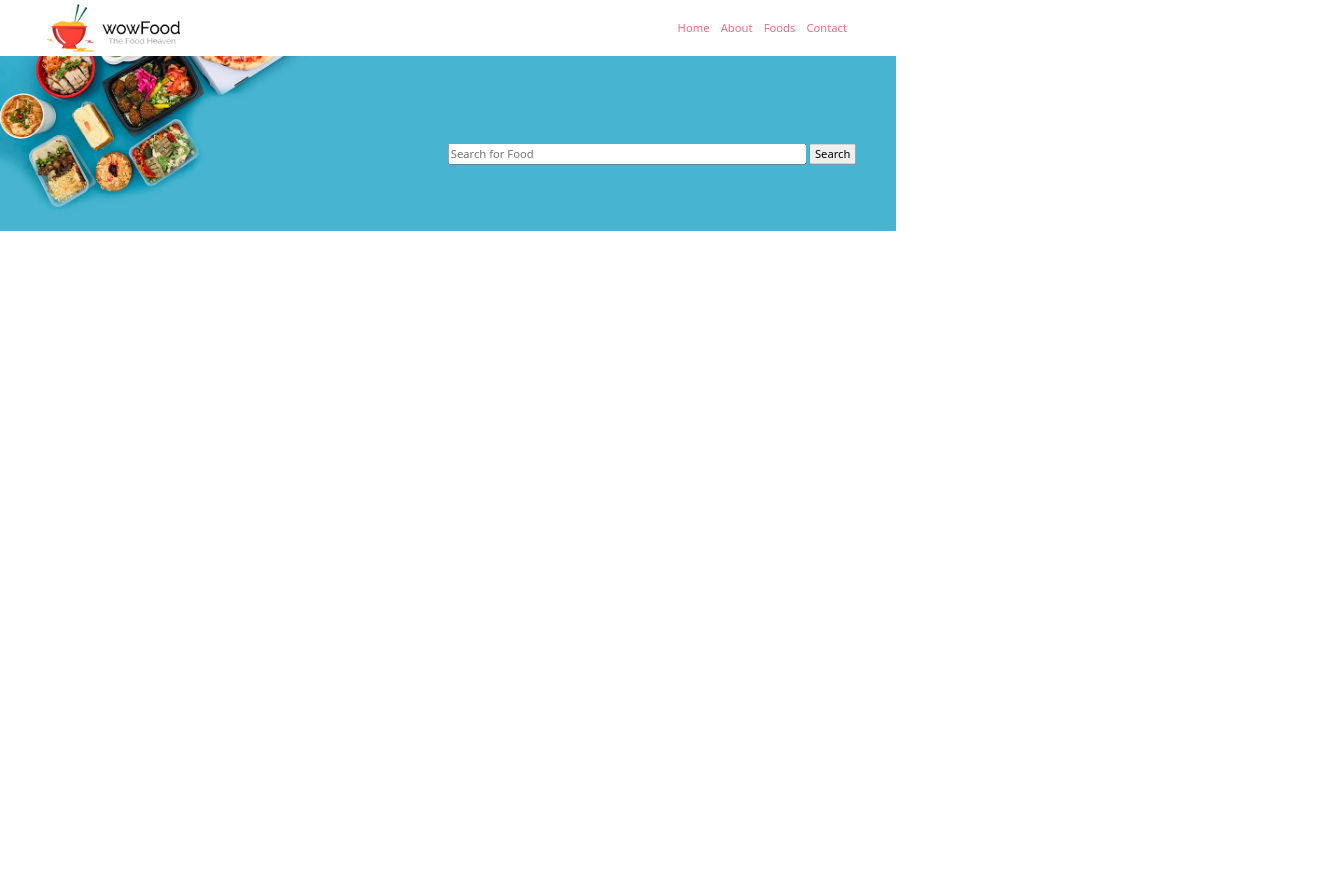
Repository: ruaruababa/RestaurantBS5
Page: html/index.html
An editor plug-in stored every save of this project. The page is shown before and after the next save, followed by the edit.
The browser window is 1280 px wide. The page is 1920 px wide, then 1280 px, so the pictures cover 1920 px, including what lies to the right of the window. The pictures show the part of the page from y = 0 to 1280 px (the page is 3000 px tall), at 70% of full size.

Above is the page before, as saved 2021-09-25 16:57:18.

### html/index.html
<!DOCTYPE html>
<html lang="en">

<head>
    <meta charset="UTF-8" />
    <meta http-equiv="X-UA-Compatible" content="IE=edge" />
    <meta name="viewport" content="width=device-width, initial-scale=1.0" />
    <title>Document</title>
    <link href="https://cdn.jsdelivr.net/npm/bootstrap@5.1.1/dist/css/bootstrap.min.css" rel="stylesheet"
        integrity="sha384-F3w7mX95PdgyTmZZMECAngseQB83DfGTowi0iMjiWaeVhAn4FJkqJByhZMI3AhiU" crossorigin="anonymous" />
    <link rel="stylesheet" href="https://cdn.jsdelivr.net/npm/bootstrap-icons@1.5.0/font/bootstrap-icons.css" />
    <link rel="stylesheet" href="/css/style.css">
</head>

<body>
        <nav class="navbar navbar-expand-lg navbar-light bg-light nav-fixed">
            <div class="container-fluid ">
                <a class="navbar-brand" href="#">
                    <img src="/img/logo.png" alt="">
                </a>
                <button class="navbar-toggler" type="button" data-bs-toggle="collapse"
                    data-bs-target="#navbarSupportedContent" aria-controls="navbarSupportedContent"
                    aria-expanded="false" aria-label="Toggle navigation">
                    <span class="navbar-toggler-icon"></span>
                </button>
                <div class="collapse navbar-collapse" id="navbarSupportedContent">
                    <ul class="navbar-nav ">
                        <li class="nav-item">
                            <a class="nav-link active nav-link-fixed" aria-current="page" href="#">Home</a>
                        </li>
                        <li class="nav-item">
                            <a class="nav-link active nav-link-fixed" aria-current="page" href="#">About</a>
                        </li>
                        <li class="nav-item">
                            <a class="nav-link active nav-link-fixed" aria-current="page" href="#">Foods</a>
                        </li>
                        <li class="nav-item">
                            <a class="nav-link active nav-link-fixed" aria-current="page" href="#">Contact</a>
                        </li>
                    </ul>
                </div>
            </div>
        </nav>

        <!-- End navbar -->

        <section>
            <div class="container-section" style=" position: relative; top: 80px;">
                <img src="/img/bg.jpg" class="img-fluid" alt="Responsive image" style="height:250px; width:100%; object-fit: cover;">
                <form action="" class="form-search" style="width: 100%; position: absolute; left: 50%; top: 50%; ">
                    <input type="text" placeholder="Search for Food" style="width:40%">
                    <input type="button" value="Search">
                </form>
            </div>
        </section>

    <script src="https://cdn.jsdelivr.net/npm/bootstrap@5.1.1/dist/js/bootstrap.bundle.min.js"
        integrity="sha384-/bQdsTh/da6pkI1MST/rWKFNjaCP5gBSY4sEBT38Q/9RBh9AH40zEOg7Hlq2THRZ" crossorigin="anonymous">
    </script>
</body>

</html>

### css/style.css
body{
    height: 3000px!important;
}
.nav-fixed{
    background-color: white!important;
    padding: 0 50px;
    position: fixed;
    width: 100%;
    z-index: 1;
}
.navbar-collapse{
    justify-content: end;
}
.nav-link-fixed{
    text-align: center;
    color: #f56b81!important;
}

After the next save:
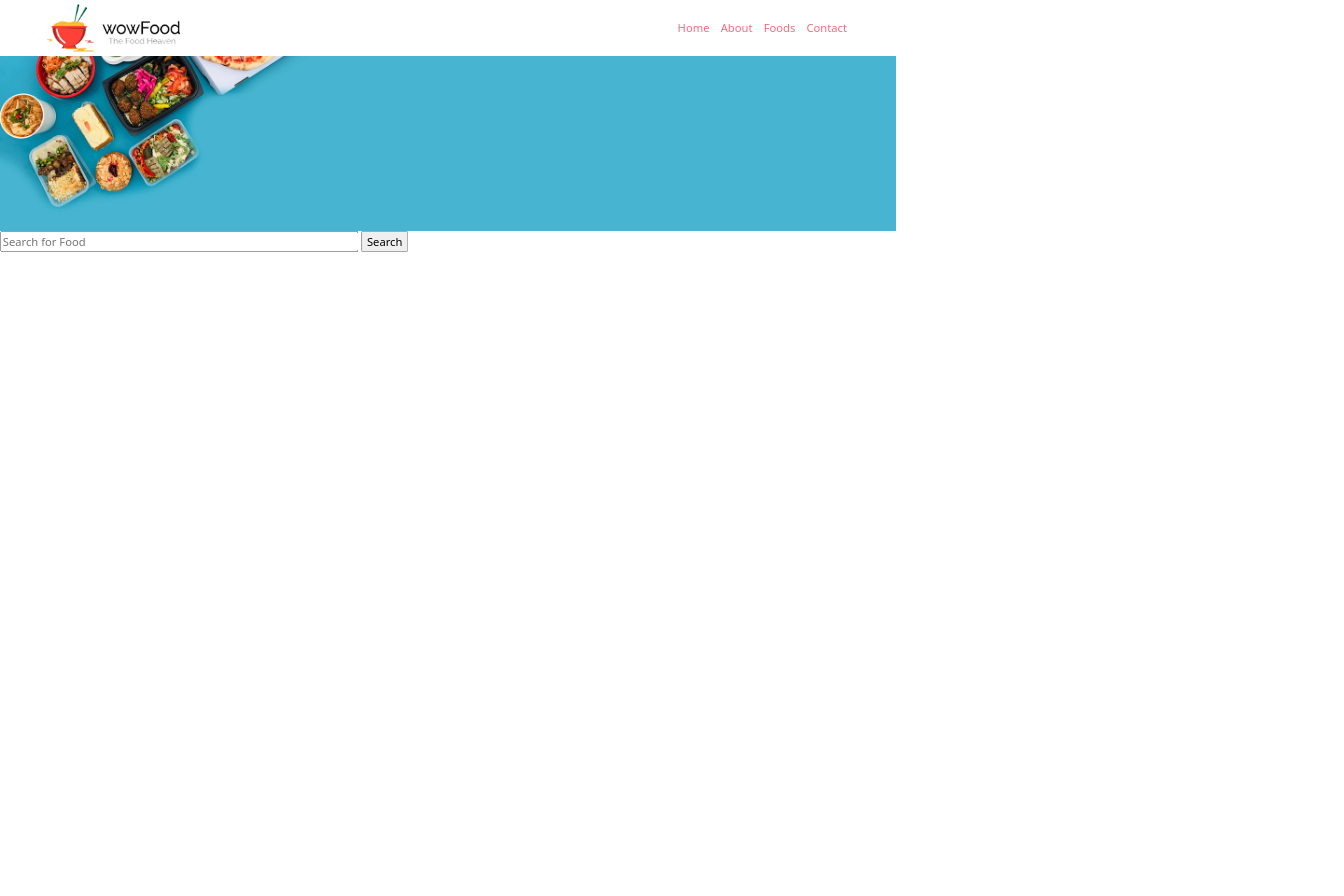
Saved 6 s later.
--- a/html/index.html
+++ b/html/index.html
@@ -47,7 +47,7 @@
         <section>
             <div class="container-section" style=" position: relative; top: 80px;">
                 <img src="/img/bg.jpg" class="img-fluid" alt="Responsive image" style="height:250px; width:100%; object-fit: cover;">
-                <form action="" class="form-search" style="width: 100%; position: absolute; left: 50%; top: 50%; ">
+                <form action="" class="form-search" style="width: 100%; position: absolute; ">
                     <input type="text" placeholder="Search for Food" style="width:40%">
                     <input type="button" value="Search">
                 </form>
